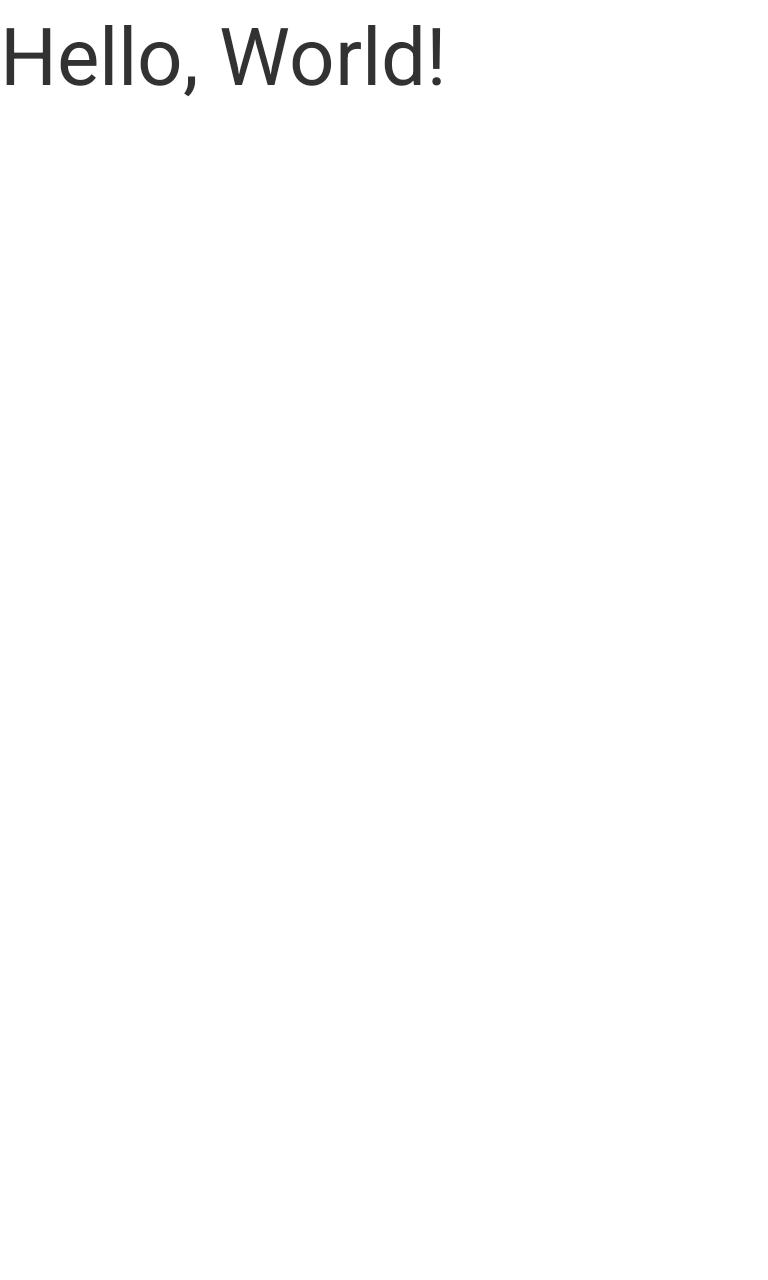
Repository: yjaeseok/gnssm_android_codelab
Layout: source/Day2-View/res/layout/day2view.xml
The author's editor kept a copy of each file at every save. The layout is drawn from the files as they stood at one save, then again after the next save.
It is drawn on a 768 x 1280 px phone screen (xhdpi) without system bars, with theme AppTheme; the app's code is not run.

Above is the layout before, as saved 2014-04-02 10:58:20.

### source/Day2-View/res/layout/day2view.xml
<?xml version="1.0" encoding="utf-8"?>
<LinearLayout xmlns:android="http://schemas.android.com/apk/res/android"
    android:layout_width="match_parent"
    android:layout_height="match_parent"
    android:orientation="vertical" >

    <TextView
        android:layout_width="wrap_content"
        android:layout_height="wrap_content"
        android:text="Hello, World!"
        android:textSize="40dp"
        />
</LinearLayout>

Loaded but not shown: source/Day2-View/res/values/styles.xml (common file); source/Day2-View/res/values-v11/styles.xml (common file); source/Day2-View/res/values-v14/styles.xml (common file)

After the next save:
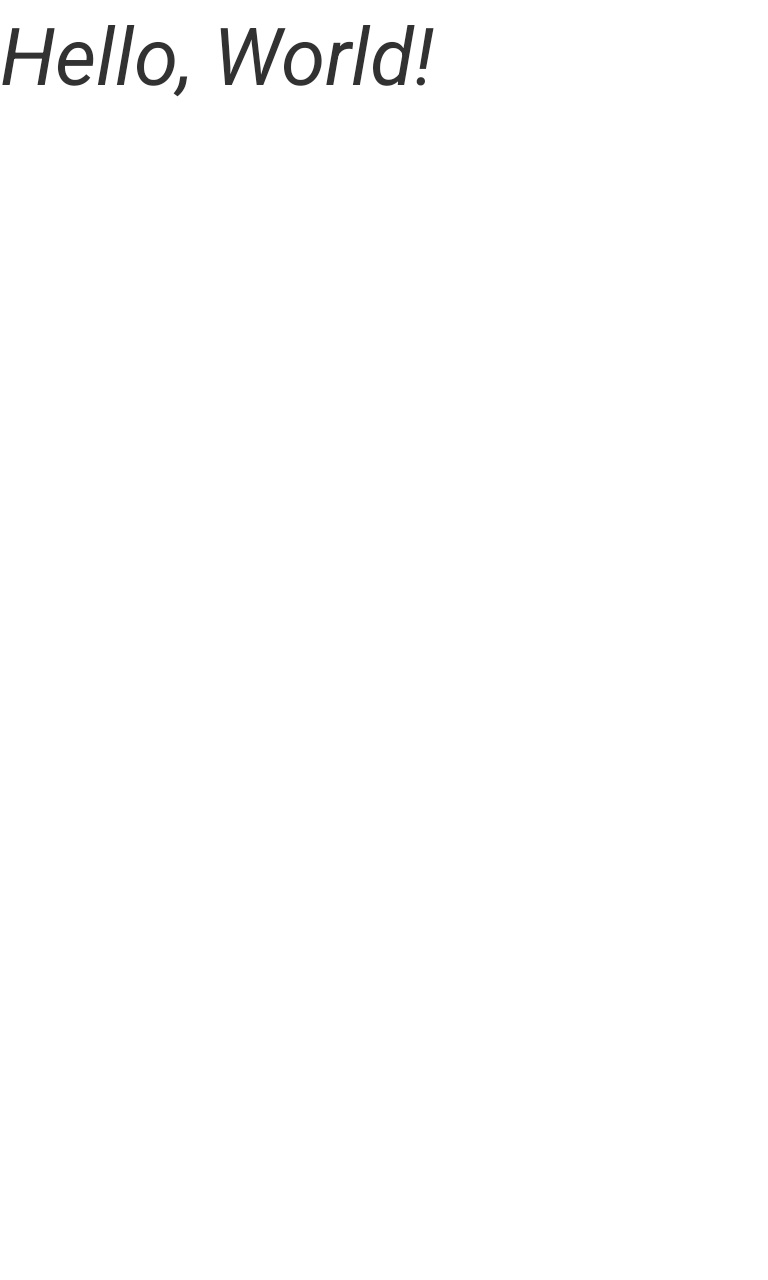
Saved 30 s later.
--- a/source/Day2-View/res/layout/day2view.xml
+++ b/source/Day2-View/res/layout/day2view.xml
@@ -9,5 +9,6 @@
         android:layout_height="wrap_content"
         android:text="Hello, World!"
         android:textSize="40dp"
+        android:textStyle="italic"
         />
 </LinearLayout>
